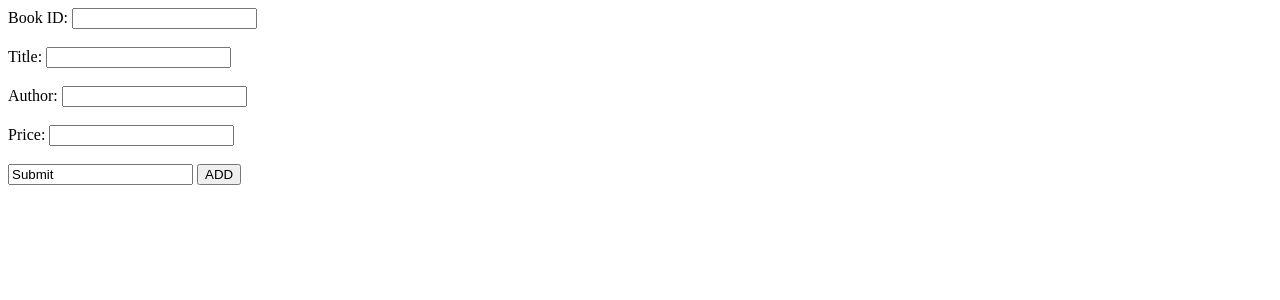
Repository: KoviAnusha/Typescript-files
Page: workspace-sts-3.9.9.RELEASE/BookHomeAssignment/WebContent/InsertBooks.html
The author's editor kept a copy of each file at every save. The page is drawn from the files as they stood at one save, then again after the next save.
The browser window is 1280 px wide. The pictures show the whole page.

Above is the page before, as saved 2019-08-23 11:47:22.

### workspace-sts-3.9.9.RELEASE/BookHomeAssignment/WebContent/InsertBooks.html
<!DOCTYPE html>
<html>
<head>
<meta charset="ISO-8859-1">
<title>Insert title here</title>
</head>
<body>
<form method="post" action="insert">
Book ID: <input type="text" name="id" ><br><br>
Title: <input type="text" name="title" ><br><br>
Author: <input type="text" name="author" ><br><br>
Price: <input type="text" name="price" ><br><br>
<input type="text" value="Submit">
<button onclick=Book(id,title,author,price)>ADD</button>
</form>
</body>
</html>

After the next save:
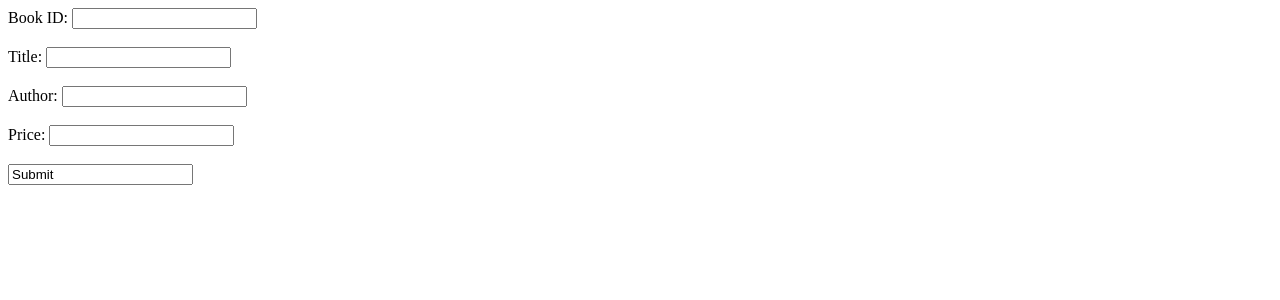
Saved 3 s later.
--- a/workspace-sts-3.9.9.RELEASE/BookHomeAssignment/WebContent/InsertBooks.html
+++ b/workspace-sts-3.9.9.RELEASE/BookHomeAssignment/WebContent/InsertBooks.html
@@ -11,7 +11,6 @@ Title: <input type="text" name="title" ><br><br>
 Author: <input type="text" name="author" ><br><br>
 Price: <input type="text" name="price" ><br><br>
 <input type="text" value="Submit">
-<button onclick=Book(id,title,author,price)>ADD</button>
 </form>
 </body>
 </html>
